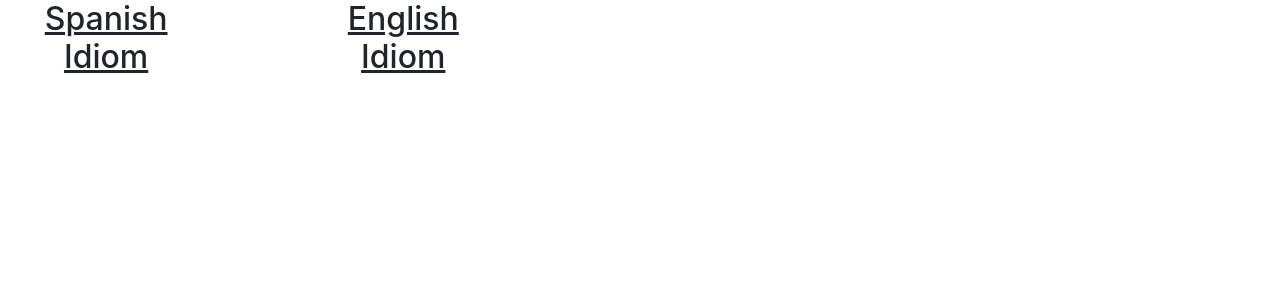
Repository: JK27/idioms-english-spanish
Page: http://localhost/
The author's editor kept a record of every edit. The page is drawn from the files as they stood at one moment, then again after the next edit.
The browser window is 1280 px wide. The pictures show the whole page.
The page is served by the project's application, run on Flask 3 (idioms.py). Queries for data that is not in the repository find no rows.

Above is the page before.
Console error: TypeError: Cannot read properties of undefined (reading 'fn')

After the next edit:
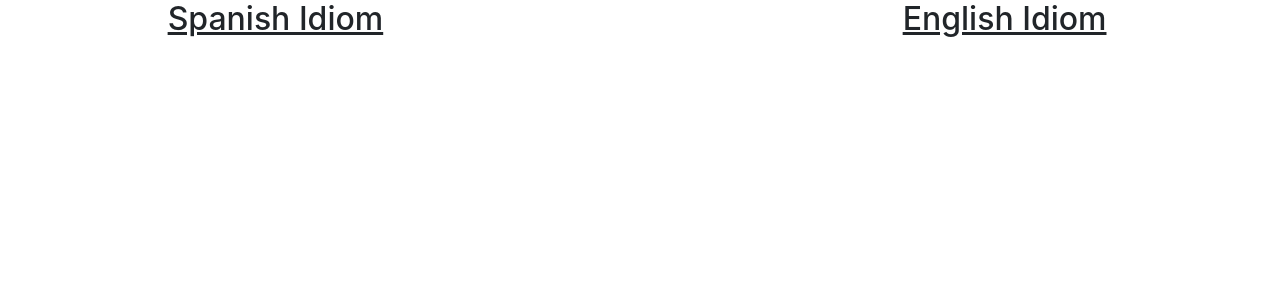
The edit:
--- a/templates/base.html
+++ b/templates/base.html
@@ -18,8 +18,9 @@
 
 <body>
     <div class="container-fluid">
+        {% block content %}
         <div class="card-deck">
-            {% block content %} {% endblock %}
+             {% endblock %}
         </div>
     </div>
 </body>

After the 3 edits that followed:
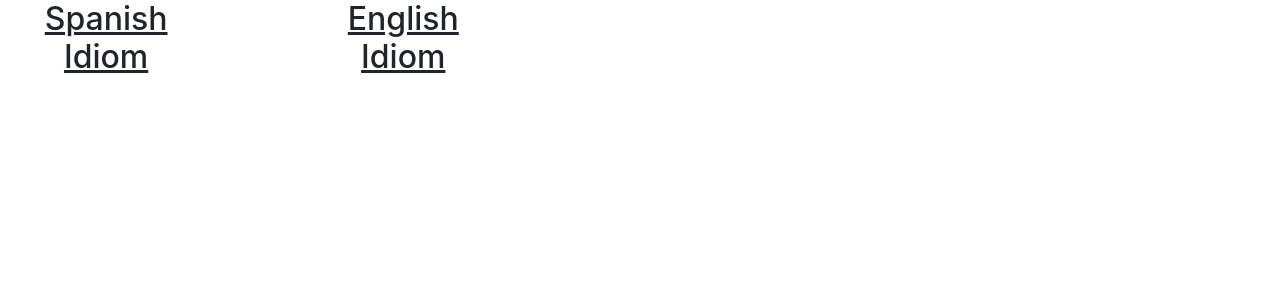
The 3 edits are shown as one change because 1 did not build or start and 1 left the picture as it was.
The edit:
--- a/templates/base.html
+++ b/templates/base.html
@@ -18,10 +18,11 @@
 
 <body>
     <div class="container-fluid">
-        {% block content %}
+
         <div class="card-deck">
-             {% endblock %}
+          {% block content %}
         </div>
+         {% endblock %}
     </div>
 </body>
 
